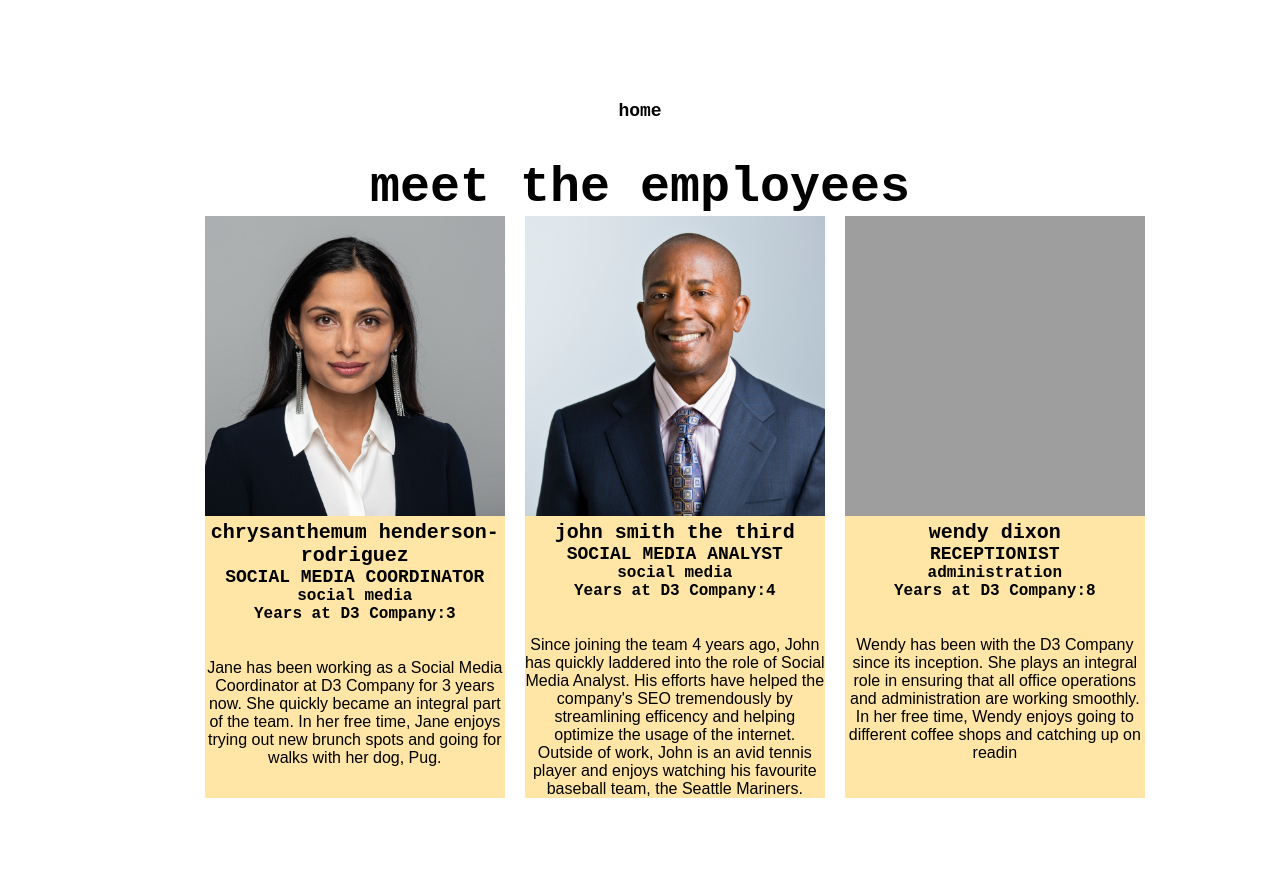
Repository: cheungglenda/MDIA2109-Week3
Page: /about
These files come from the project's save history. The page is drawn as it stood at one moment and after the next save; the edit follows.
The browser window is 1280 px wide. The pictures show the whole page.
Pictures or frames that could not be fetched are drawn as grey boxes. The project was rebuilt for these pictures with package versions that can differ from the ones it lists, and the page was loaded fresh each time. The framework's server and built-in components were replaced by stand-ins that run in the browser. Also part of the build but not shown: next.config.js.

Above is the page before, as saved 2023-01-20 12:37:09.

After the next save:
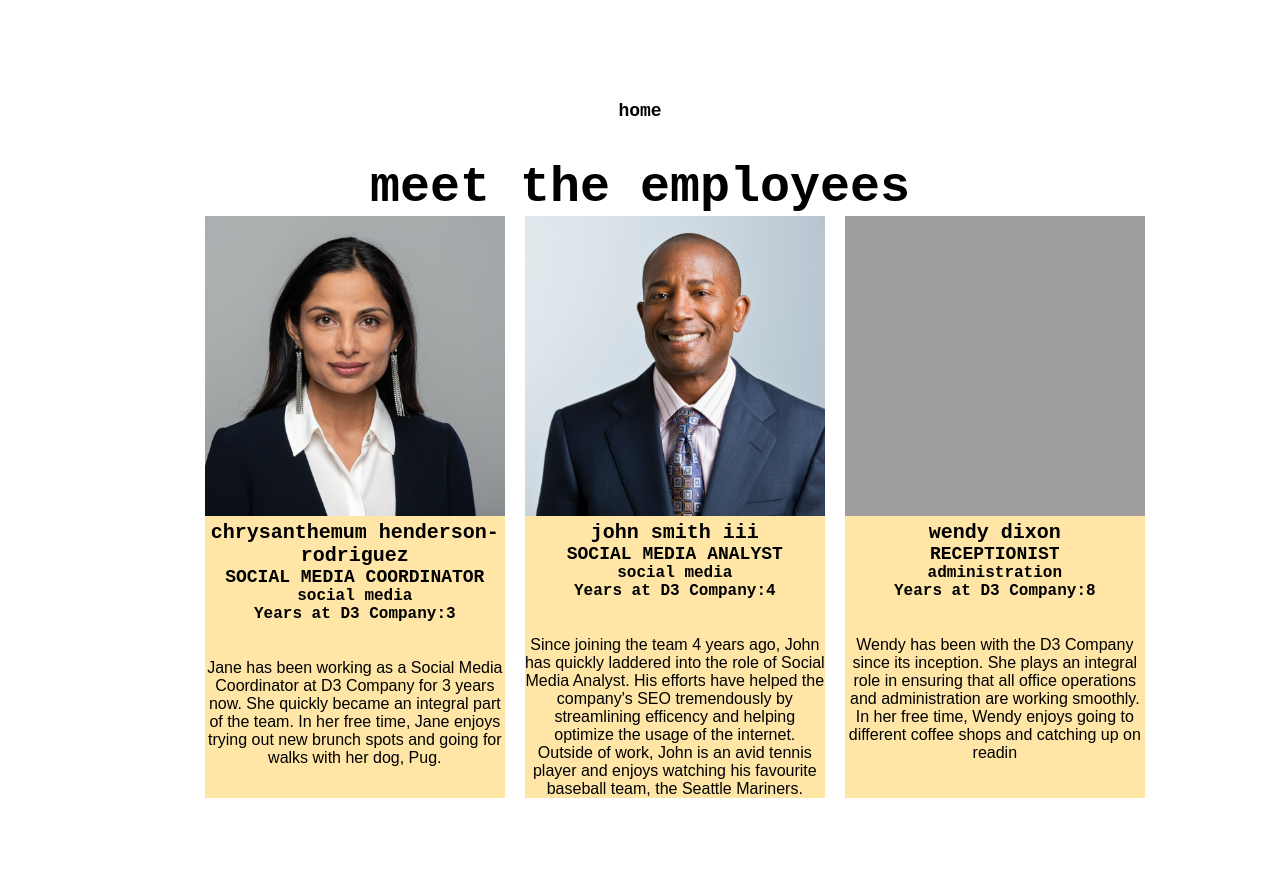
Saved 7 s later.
--- a/data/about.json
+++ b/data/about.json
@@ -9,7 +9,7 @@
     },
     {
         "firstName": "John",
-        "lastName": "Smith the Third",
+        "lastName": "Smith III",
         "department": "Social Media",
         "jobTitle": "Social Media Analyst",
         "yearsWorked": 4,
